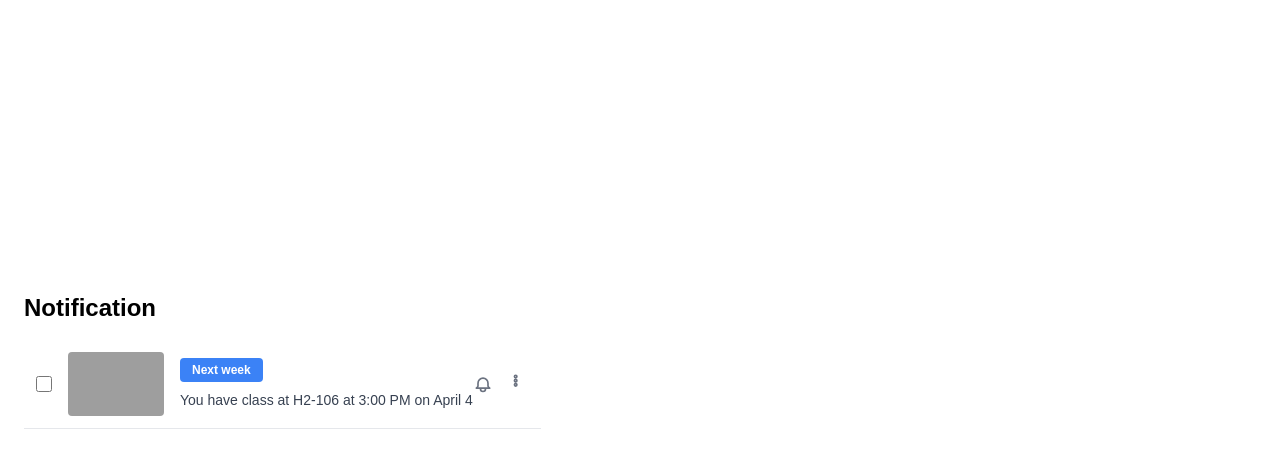
Repository: CNPM-S3MRS/frontend-web
Page: /notification
The author's editor kept a copy of each file at every save. The page is drawn from the files as they stood at one save, then again after the next save.
The browser window is 1280 px wide. The pictures show the whole page.
Pictures or frames that could not be fetched are drawn as grey boxes. The project was rebuilt for these pictures with package versions that can differ from the ones it lists, and the page was loaded fresh each time. Also part of the build but not shown: vite.config.js, src/pages/auth/Login.jsx.

Above is the page before, as saved 2025-04-08 23:30:42.

After the next save:
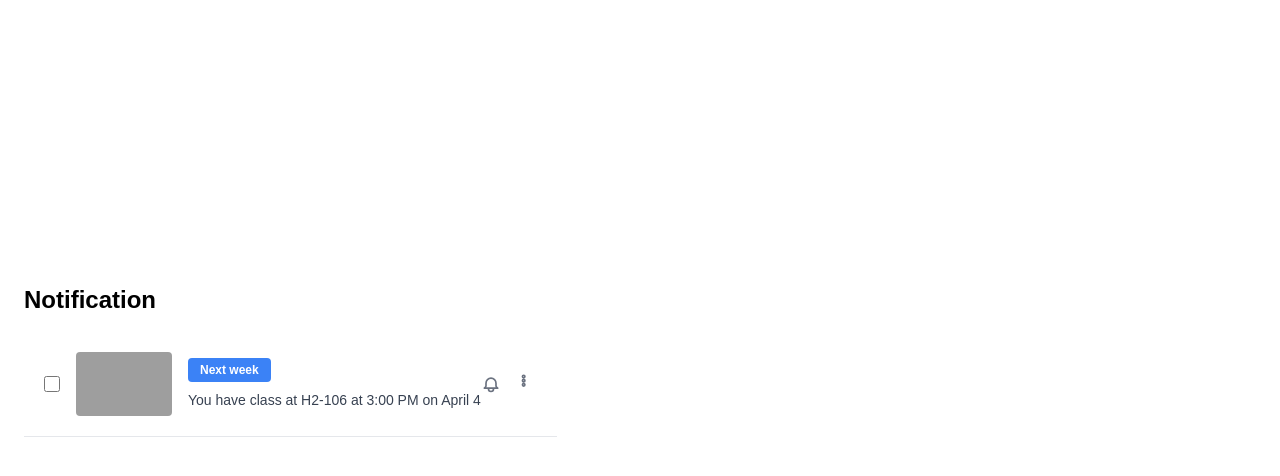
Saved 5 s later.
--- a/src/components/card/NotificationCard.jsx
+++ b/src/components/card/NotificationCard.jsx
@@ -2,7 +2,7 @@
 
 const NotificationCard = ({ image, status, statusColor, message }) => {
   return (
-    <div className="flex items-center justify-between p-3 border-b">
+    <div className="flex items-center justify-between p-5 border-b">
       {/* Left Section */}
       <div className="flex items-center space-x-4">
         {/* Checkbox */}
